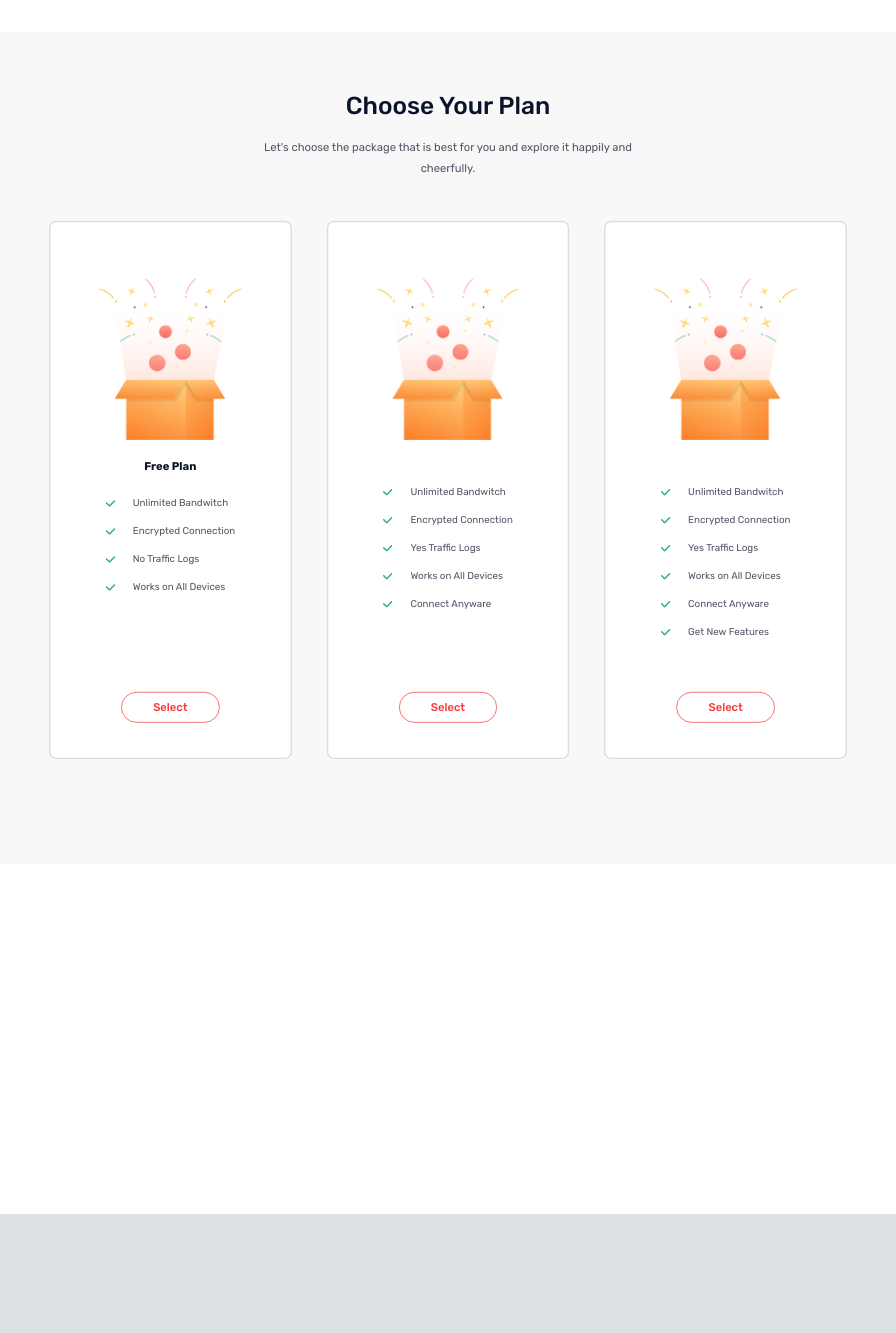
Repository: dangpham205/LaslesVPN-Landing-Page
Page: index.html
The author's editor kept a copy of each file at every save. The page is drawn from the files as they stood at one save, then again after the next save.
The browser window is 1280 px wide. The pictures show the part of the page from y = 1409 to 3329 px (the page is 3313 px tall before and 3329 px after), at 70% of full size.

Above is the page before, as saved 2022-07-20 11:40:20.

### index.html
<!DOCTYPE html>
<html lang="en">
<head>
    <meta charset="UTF-8">
    <meta http-equiv="X-UA-Compatible" content="IE=edge">
    <meta name="viewport" content="width=device-width, initial-scale=1.0">
    <title>Lasles</title>
    <link rel="preconnect" href="https://fonts.googleapis.com" />
    <link rel="preconnect" href="https://fonts.gstatic.com" crossorigin />
    <link
      href="https://fonts.googleapis.com/css2?family=Rubik:wght@400;500;700&display=swap"
      rel="stylesheet"
    />
    <link rel="stylesheet" href="./assets/css/style.css">
</head>
<body>
    <div class="wrapper">

        <!-- Menu -->
        <header class="menu">
            <div class="container">
                <div class="menu__container">
                    <img srcset="./assets/img/logo.png 2x" alt="" class="menu__logo" />
                    <div class="menu__list">
                        <div class="menu__item">
                            <a href="" class="menu__item-link">About</a>
                        </div>
                        <div class="menu__item">
                            <a href="" class="menu__item-link">Features</a>
                        </div>
                        <div class="menu__item">
                            <a href="" class="menu__item-link">Pricing</a>
                        </div>
                        <div class="menu__item">
                            <a href="" class="menu__item-link">Testimonials</a>
                        </div>
                        <div class="menu__item">
                            <a href="" class="menu__item-link">Help</a>
                        </div>
                    </div>
                    <div class="menu__buttons">
                        <a href="" class="menu__button--sign-in">Sign In</a>
                        <a href="" class="button button--outline menu__button--sign-up">Sign Up</a>
                    </div>
                </div>
            </div>
        </header>

        <main>
            <!-- hero -->
            <section class="hero">
                <div class="container">
                    <div class="hero__container">
                        <div class="hero__content">
                            <h1 class="hero__title">Want anything to be easy with <strong>LaslesVPN</strong>.</h1>
                            <p class="hero__desc text">Provide a network for all your needs with ease and fun using LaslesVPN discover interesting features from us.</p>
                            <a href="" class="button button--primary button--rounded button--shadow">Get Started</a>
                        </div>
                        <div class="hero__image">
                            <img srcset="./assets/img/hero.png 2x" alt="">
                        </div>
                    </div>
                </div>
            </section>


            <!-- info -->
            <section class="info">
                <div class="container">
                    <div class="info__container">
                        <div class="info__item">
                            <div class="info__item-image">
                                <img src="" alt="" srcset="./assets/img/user.png 2x">
                            </div>
                            <div class="info__item-text">
                                <h3 class="info__item-title">90+</h3>
                                <p class="info__item-desc">Users</p>
                            </div>
                        </div>
                        <div class="info__item">
                            <div class="info__item-image">
                                <img src="" alt="" srcset="./assets/img/location.png 2x">
                            </div>
                            <div class="info__item-text">
                                <h3 class="info__item-title">30+</h3>
                                <p class="info__item-desc">Locations</p>
                            </div>
                        </div>
                        <div class="info__item">
                            <div class="info__item-image">
                                <img src="" alt="" srcset="./assets/img/Server.png 2x">
                            </div>
                            <div class="info__item-text">
                                <h3 class="info__item-title">50+</h3>
                                <p class="info__item-desc">Servers</p>
                            </div>
                        </div>
                    </div>
                </div>
            </section>

            <!-- feature -->
            <section class="feature">
                <div class="container">
                    <div class="feature__container">
                        <div class="feature__image">
                            <img src="" alt="" srcset="./assets/img/feature.png 2x">
                        </div>
                        <div class="feature__content">
                            <h3 class="feature__title heading">We Provide Many Features You Can Use</h3>
                            <p class="feature__desc text">You can explore the features that we provide with fun and have their own functions each feature.

                            </p>
                            <ul class="feature__list">
                                <li class="feature__item">
                                    <img src="./assets/img/ic-check.svg" alt="" class="feature__item-icon">
                                    <span class="feature__item-text">Powerfull online protection.</span>
                                </li>
                                <li class="feature__item">
                                    <img src="./assets/img/ic-check.svg" alt="" class="feature__item-icon">
                                    <span class="feature__item-text">Internet without borders.</span>
                                </li>
                                <li class="feature__item">
                                    <img src="./assets/img/ic-check.svg" alt="" class="feature__item-icon">
                                    <span class="feature__item-text">Supercharged VPN</span>
                                </li>
                                <li class="feature__item">
                                    <img src="./assets/img/ic-check.svg" alt="" class="feature__item-icon">
                                    <span class="feature__item-text">No specific time limits.</span>
                                </li>
                            </ul>
                        </div>

                    </div>
                </div>
            </section>

            <section class="plan">
                <div class="container">
                    <div class="plan__container">
                        <div class="plan__header">
                            <h3 class="plan__title heading">Choose Your Plan</h3>
                            <p class="plan__desc text">Let's choose the package that is best for you and explore it happily and cheerfully.</p>
                        </div>
                        <div class="plan__list">
                            <div class="plan__item">
                                <div class="plan__item-image">
                                    <img src="" alt="" srcset="./assets/img/plan.png">
                                </div>
                                <h4 class="plan__item-title">Free Plan</h4>
                                <ul class="plan__item-details">
                                    <li class="plan__item-detail">
                                        <img src="./assets/img/ic-check-line.svg" alt="">
                                        <span class="plan__item-desc">Unlimited Bandwitch</span>
                                    </li>
                                    <li class="plan__item-detail">
                                        <img src="./assets/img/ic-check-line.svg" alt="">
                                        <span class="plan__item-desc">Encrypted Connection</span>
                                    </li>
                                    <li class="plan__item-detail">
                                        <img src="./assets/img/ic-check-line.svg" alt="">
                                        <span class="plan__item-desc">No Traffic Logs</span>
                                    </li>
                                    <li class="plan__item-detail">
                                        <img src="./assets/img/ic-check-line.svg" alt="">
                                        <span class="plan__item-desc">Works on All Devices</span>
                                    </li>
                                </ul>
                                <div class="plan__item-price"></div>
                                <a href="" class="plan__item-btn button button--outline">Select</a>
                            </div>
                            <div class="plan__item">
                                <div class="plan__item-image">
                                    <img src="" alt="" srcset="./assets/img/plan.png">
                                </div>
                                <h4 class="plan__item-title"></h4>
                                <ul class="plan__item-details">
                                    <li class="plan__item-detail">
                                        <img src="./assets/img/ic-check-line.svg" alt="">
                                        <span class="plan__item-desc">Unlimited Bandwitch</span>
                                    </li>
                                    <li class="plan__item-detail">
                                        <img src="./assets/img/ic-check-line.svg" alt="">
                                        <span class="plan__item-desc">Encrypted Connection</span>
                                    </li>
                                    <li class="plan__item-detail">
                                        <img src="./assets/img/ic-check-line.svg" alt="">
                                        <span class="plan__item-desc">Yes Traffic Logs</span>
                                    </li>
                                    <li class="plan__item-detail">
                                        <img src="./assets/img/ic-check-line.svg" alt="">
                                        <span class="plan__item-desc">Works on All Devices</span>
                                    </li>
                                    <li class="plan__item-detail">
                                        <img src="./assets/img/ic-check-line.svg" alt="">
                                        <span class="plan__item-desc">Connect Anyware</span>
                                    </li>
                                </ul>
                                <div class="plan__item-price"></div>
                                <a href="" class="plan__item-btn button button--outline">Select</a>
                            </div>
                            <div class="plan__item">
                                <div class="plan__item-image">
                                    <img src="" alt="" srcset="./assets/img/plan.png">
                                </div>
                                <h4 class="plan__item-title"></h4>
                                <ul class="plan__item-details">
                                    <li class="plan__item-detail">
                                        <img src="./assets/img/ic-check-line.svg" alt="">
                                        <span class="plan__item-desc">Unlimited Bandwitch</span>
                                    </li>
                                    <li class="plan__item-detail">
                                        <img src="./assets/img/ic-check-line.svg" alt="">
                                        <span class="plan__item-desc">Encrypted Connection</span>
                                    </li>
                                    <li class="plan__item-detail">
                                        <img src="./assets/img/ic-check-line.svg" alt="">
                                        <span class="plan__item-desc">Yes Traffic Logs</span>
                                    </li>
                                    <li class="plan__item-detail">
                                        <img src="./assets/img/ic-check-line.svg" alt="">
                                        <span class="plan__item-desc">Works on All Devices</span>
                                    </li>
                                    <li class="plan__item-detail">
                                        <img src="./assets/img/ic-check-line.svg" alt="">
                                        <span class="plan__item-desc">Connect Anyware</span>
                                    </li>
                                    <li class="plan__item-detail">
                                        <img src="./assets/img/ic-check-line.svg" alt="">
                                        <span class="plan__item-desc">Get New Features</span>
                                    </li>
                                </ul>
                                <div class="plan__item-price"></div>
                                <a href="" class="plan__item-btn button button--outline">Select</a>
                            </div>
                        </div>
                    </div>
                </div>
            </section>

            <div class="container" style="height: 500px;"></div>
        </main>


        <footer>

        </footer>

    </div>
</body>
</html>

Loaded but not shown: assets/css/style.css (583 lines, source omitted)

After the next save:
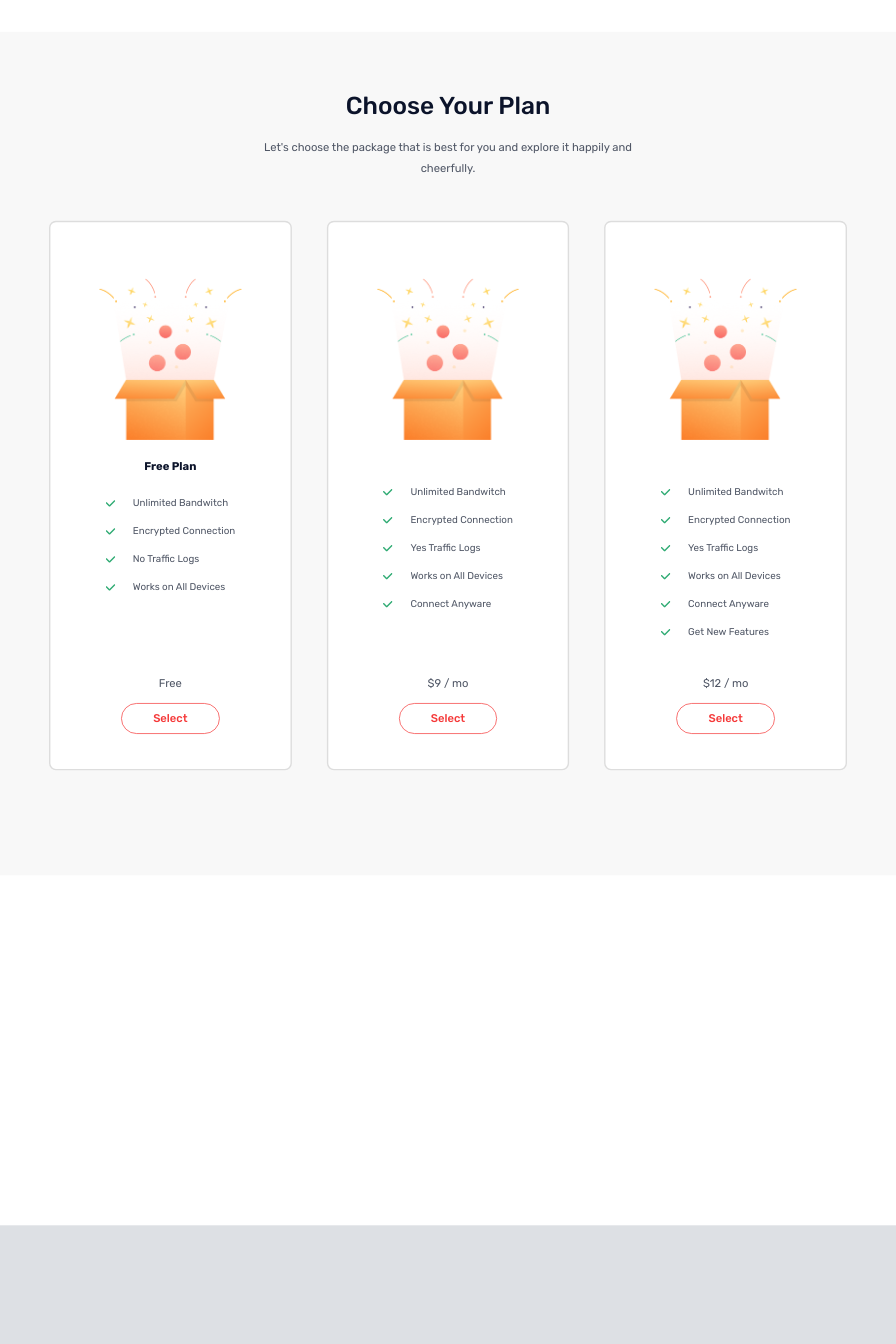
Saved 44 s later.
--- a/index.html
+++ b/index.html
@@ -166,7 +166,7 @@
                                         <span class="plan__item-desc">Works on All Devices</span>
                                     </li>
                                 </ul>
-                                <div class="plan__item-price"></div>
+                                <div class="plan__item-price">Free</div>
                                 <a href="" class="plan__item-btn button button--outline">Select</a>
                             </div>
                             <div class="plan__item">
@@ -196,7 +196,7 @@
                                         <span class="plan__item-desc">Connect Anyware</span>
                                     </li>
                                 </ul>
-                                <div class="plan__item-price"></div>
+                                <div class="plan__item-price">$9 / mo</div>
                                 <a href="" class="plan__item-btn button button--outline">Select</a>
                             </div>
                             <div class="plan__item">
@@ -230,7 +230,7 @@
                                         <span class="plan__item-desc">Get New Features</span>
                                     </li>
                                 </ul>
-                                <div class="plan__item-price"></div>
+                                <div class="plan__item-price">$12 / mo</div>
                                 <a href="" class="plan__item-btn button button--outline">Select</a>
                             </div>
                         </div>
